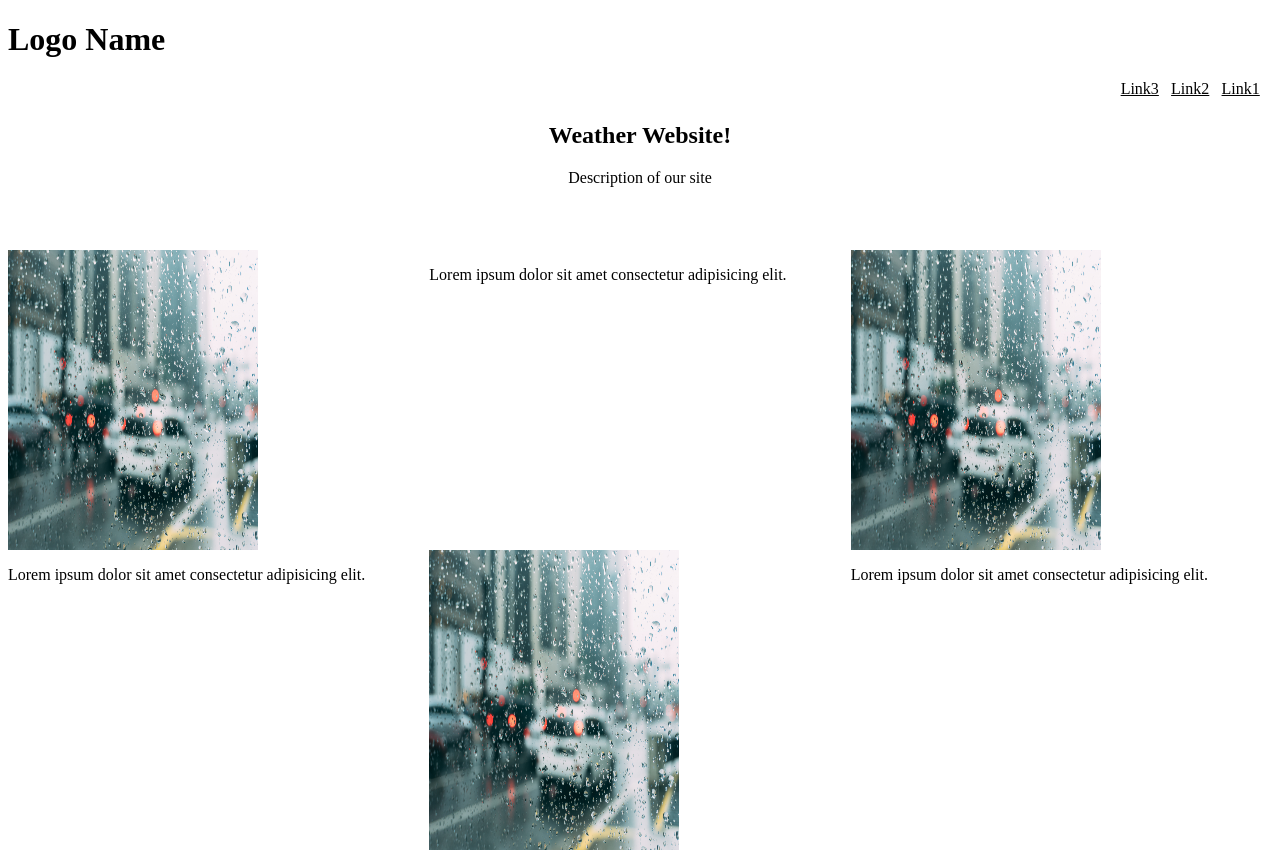
Repository: aaron1986/Breakout2_group_code
Page: index.html
The author's editor kept a copy of each file at every save. The page is drawn from the files as they stood at one save, then again after the next save.
The browser window is 1280 px wide. The pictures show the whole page.

Above is the page before, as saved 2023-09-13 09:41:43.

After the next save:
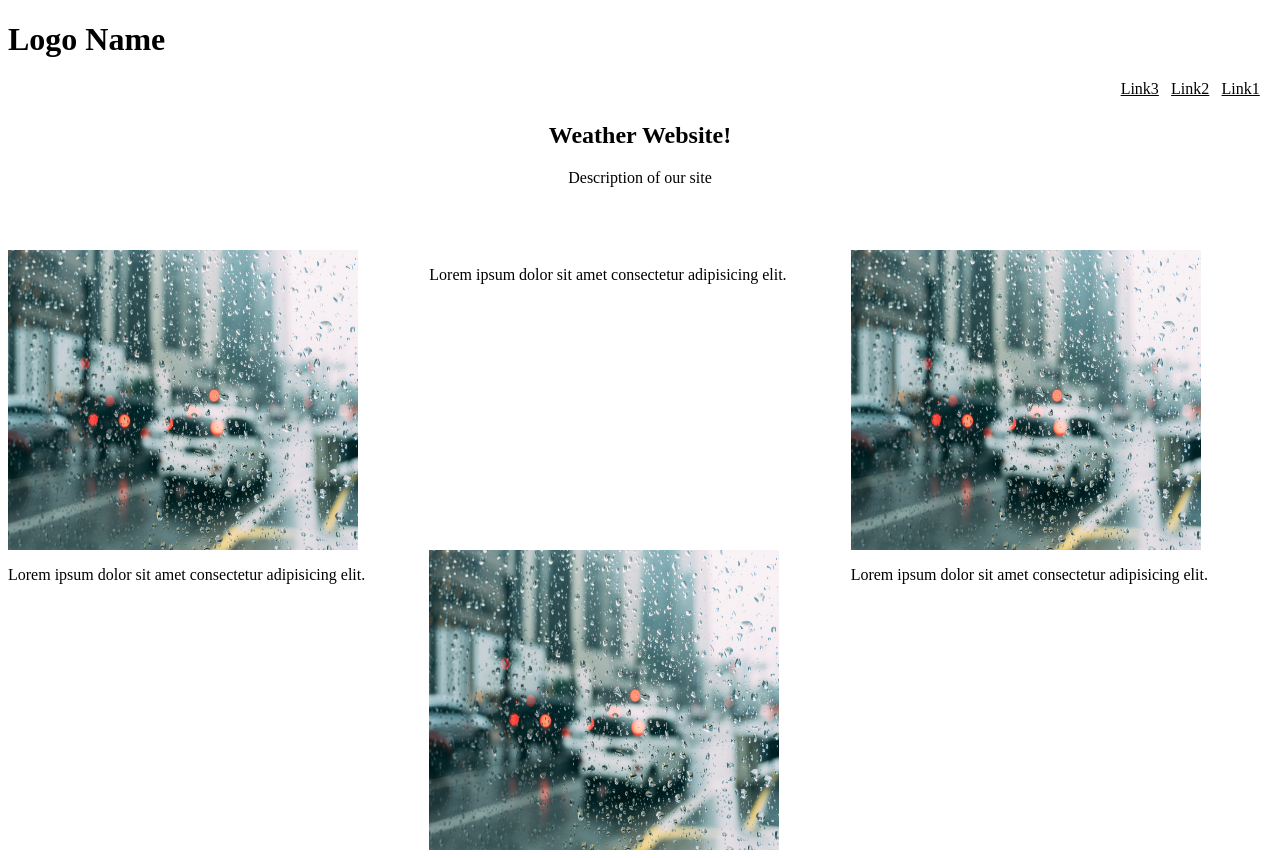
Saved 17 s later.
--- a/style.css
+++ b/style.css
@@ -36,6 +36,6 @@ h2 {
 
 img {
 
-    width: 250px;
+    width: 350px;
     height: 300px;
 }
